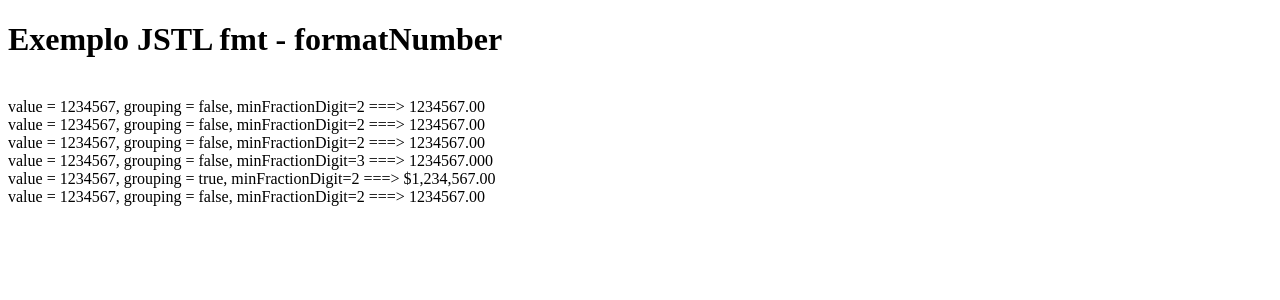
Repository: GabrielGGhost/EstudoJavaAW1-AW2
Page: http://localhost/estudos11/jsp/formatNumber.jsp
The author's editor kept a copy of each file at every save. The page is drawn from the files as they stood at one save, then again after the next save.
The browser window is 1280 px wide. The pictures show the whole page.
The page is served by Tomcat 9.

Above is the page before, as saved 2020-10-23 21:28:16.

After the next save:
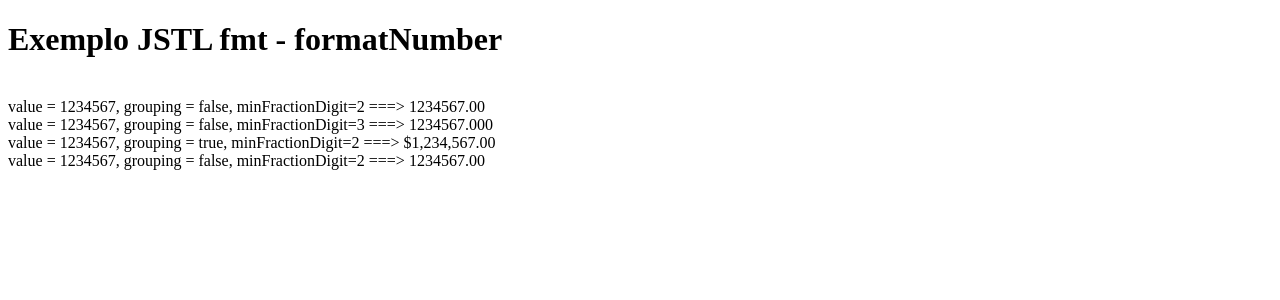
Saved 3 min 54 s later.
--- a/estudos11/WebContent/jsp/formatNumber.jsp
+++ b/estudos11/WebContent/jsp/formatNumber.jsp
@@ -16,14 +16,6 @@
 	<fmt:formatNumber value="1234567" groupingUsed="false" minFractionDigits="2"/>
 
 		<br>
-	value = 1234567, grouping = false, minFractionDigit=2 ===>
-	<fmt:formatNumber value="1234567" groupingUsed="false" minFractionDigits="2"/>
-
-		<br>
-	value = 1234567, grouping = false, minFractionDigit=2 ===>
-	<fmt:formatNumber value="1234567" groupingUsed="false" minFractionDigits="2"/>
-
-		<br>
 	value = 1234567, grouping = false, minFractionDigit=3 ===>
 	<fmt:formatNumber value="1234567" groupingUsed="false" minFractionDigits="3"/>
 
